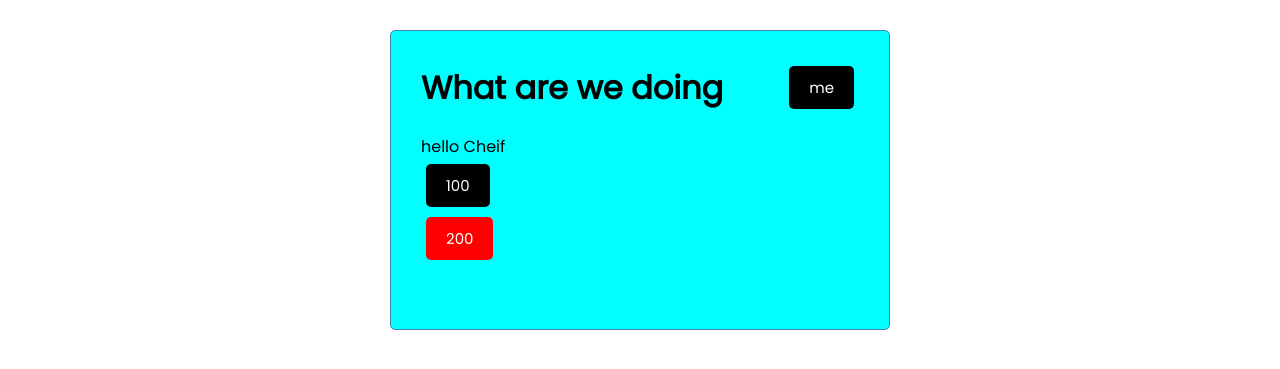
Repository: Jeffkw213/Learning_react
Page: / (app in myapp/)
An editor plug-in stored every save of this project. The page is shown before and after a run of saves, followed by the edit.
The browser window is 1280 px wide. The pictures show the whole page.
The project was rebuilt for these pictures with package versions that can differ from the ones it lists, and the page was loaded fresh each time.

Above is the page before, as saved 2021-04-30 16:05:56.

### myapp/src/index.css
@import url('https://fonts.googleapis.com/css2?family=Poppins:wght@300;400&display=swap');

* {
  box-sizing: border-box;
  margin: 0;
  padding: 0;
}

body {
  font-family: 'Poppins', sans-serif;
}

.container {
  max-width: 500px;
  margin: 30px auto;
  overflow: auto;
  min-height: 300px;
  border: 1px solid steelblue;
  padding: 30px;
  border-radius: 5px;
  background-color: aqua;

}

.header {
  display: flex;
  justify-content: space-between;
  align-items: center;
  margin-bottom: 20px;
}

.btn {
  display: inline-block;
  background: #000;
  color: #fff;
  border: none;
  padding: 10px 20px;
  margin: 5px;
  border-radius: 5px;
  cursor: pointer;
  text-decoration: none;
  font-size: 15px;
  font-family: inherit;
}

.btn:focus {
  outline: none;
}

.btn:active {
  transform: scale(0.98);
}

.btn-block {
  display: block;
  width: 100%;
}

.task {
  background: #f4f4f4;
  margin: 5px;
  padding: 10px 20px;
  cursor: pointer;
}

.task.reminder {
  border-left: 5px solid green;
}

.task h3 {
  display: flex;
  align-items: center;
  justify-content: space-between;
}

.add-form {
  margin-bottom: 40px;
}

.form-control {
  margin: 20px 0;
}

.form-control label {
  display: block;
}

.form-control input {
  width: 100%;
  height: 40px;
  margin: 5px;
  padding: 3px 7px;
  font-size: 17px;
}

.form-control-check {
  display: flex;
  align-items: center;
  justify-content: space-between;
}

.form-control-check label {
  flex: 1;
}

.form-control-check input {
  flex: 2;
  height: 20px;
}

footer {
  margin-top: 30px;
  text-align: center;
}

### myapp/src/App.js
import Header from './Components/header'
import Body from './Components/body'
function App() {
  // const name = 'jeff'
  var onAdd = true;
  return (
    // <div className='container'>
    //  <h1> Starting of React </h1>
    //  <h2> Hello {name} </h2>
    // </div>
    <div className='container'>
      <Header onAdd={onAdd}/>
      <Body />
    </div>
  );
}

export default App;

### myapp/src/Components/header.js
import PropTypes from 'prop-types'
import Button from './button'
const Header = ({title, onAdd, showAdd}) => {
    return (
        <header className= 'header'>
            <h1>{title}</h1>
            <Button color={showAdd } name='me' onClick={onAdd}/>
        </header>
    )
}

Header.defaultProps = {
    title: "What are we doing",
}

Header.propTypes= {
    title:PropTypes.string.isRequired,
}


export default Header

### myapp/src/Components/body.js
import Button from './button'
const body = ({text}) => {
    return (
        <div>
            <body className ='body'>{text}
                <Button name='100' func={()=>{console.log("HELLO")}}/>
                <Button color = 'red' name='200' func={()=>{myfunction('red')}}/>
            </body>
        </div>
    )
}

body.defaultProps = {
    text: "hello Cheif",
}

function myfunction(color){
    color = 'blue';
}


export default body

### myapp/src/Components/button.js
const button = ({name, func, color}) => {
    return (
        <div>
            <button className='btn'
            onClick={func}
            style={{backgroundColor: color}}>{name}</button>
        </div>
    )
}

button.defaultProps = {
    name: "button",
}

export default button

Loaded but not shown: myapp/public/index.html (common file); myapp/src/index.js (common file); myapp/src/reportWebVitals.js (common file)

After the next 5 saves:
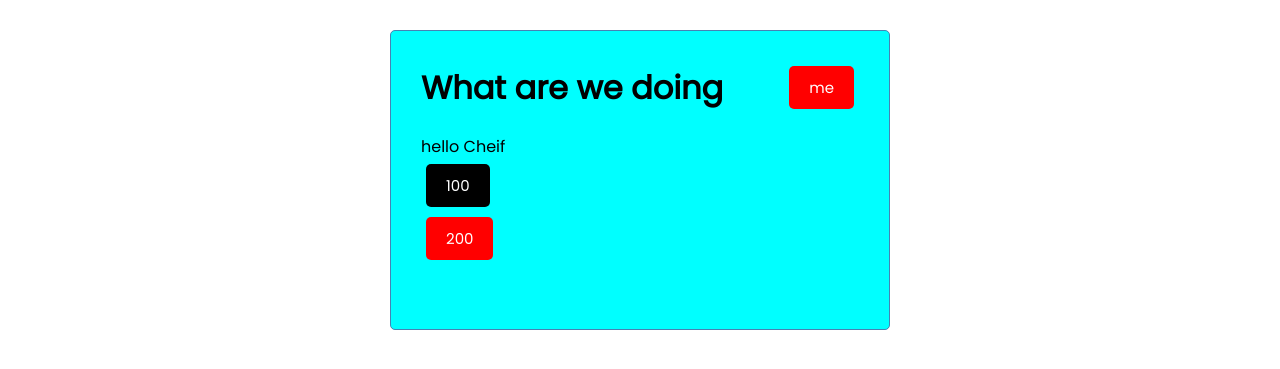
The 5 saves are shown as one change because 1 did not build or start and some came seconds apart.
The last was saved 29 s later.
--- a/myapp/src/Components/header.js
+++ b/myapp/src/Components/header.js
@@ -4,7 +4,7 @@ const Header = ({title, onAdd, showAdd}) => {
     return (
         <header className= 'header'>
             <h1>{title}</h1>
-            <Button color={showAdd } name='me' onClick={onAdd}/>
+            <Button color={showAdd? 'green' : 'red'} name='me' onClick={onAdd}/>
         </header>
     )
 }
